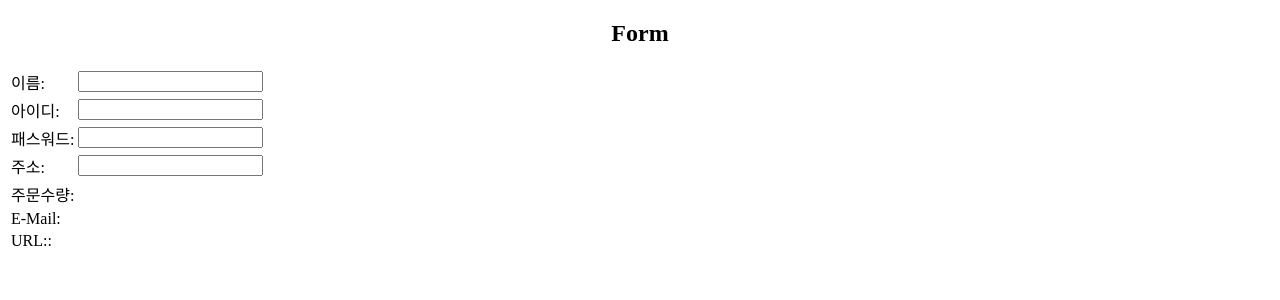
Repository: gyujin91/JSP
Page: web01/src/main/webapp/form.html
The author's editor kept a copy of each file at every save. The page is drawn from the files as they stood at one save, then again after the next save.
The browser window is 1280 px wide. The pictures show the whole page.

Above is the page before, as saved 2022-04-22 05:11:11.

### web01/src/main/webapp/form.html
<!DOCTYPE html>
<html>
<head>
<meta charset="UTF-8">
<link rel="stylesheet" type="text/css" href="">
<style>
.form{text-align: center;}
</style>

<title>Form Sample</title>
</head>
<body>
	<h2 class="form">Form</h2>
	<form action="loginPro.jsp" method="post" name="twin">
        <table>
            <tr>
                <td>이름:</td>
                <td><input type="text" name="name"></td>
            </tr>
            <tr>
            	<td>아이디:
            	<td><input type="text" name="uid"></td>
            </tr>
            <tr>
            	<td>패스워드:
            	<td><input type="password" name="upw"></td>
            </tr><tr>
            	<td>주소:
            	<td><input type="text" name="adrr"></td>
            </tr><tr>
            	<td>주문수량:
            </tr><tr>
            	<td>E-Mail:
            </tr><tr>
            	<td>URL::
            </tr>
        </table>




</body>
</html>

After the next save:
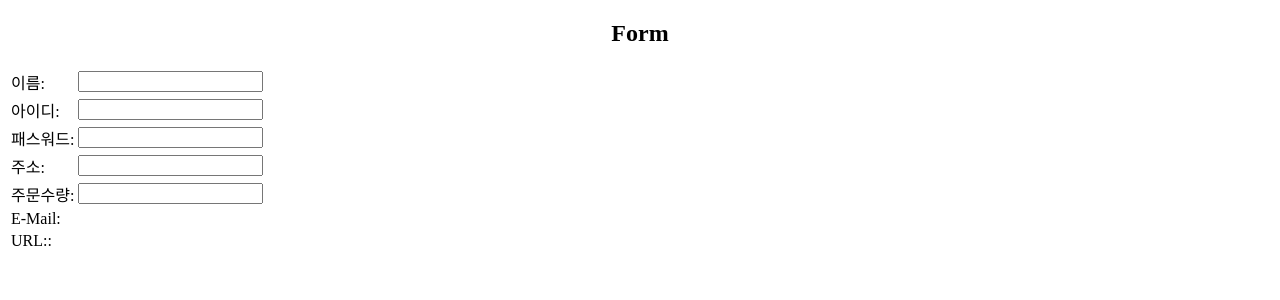
Saved 42 s later.
--- a/web01/src/main/webapp/form.html
+++ b/web01/src/main/webapp/form.html
@@ -29,6 +29,7 @@
             	<td><input type="text" name="adrr"></td>
             </tr><tr>
             	<td>주문수량:
+            	<td><input type="text" name="ordercount"></td>
             </tr><tr>
             	<td>E-Mail:
             </tr><tr>
